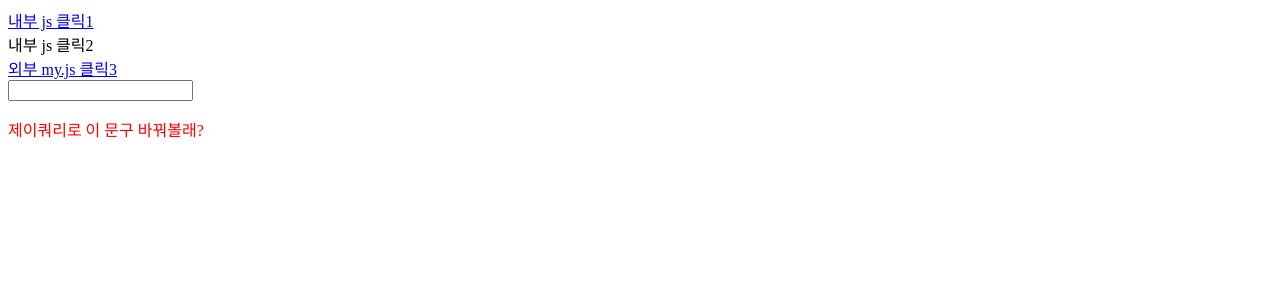
Repository: Won-Hyuk-Lee/kosta_java
Page: http://localhost/web_prj/lec_script.jsp
The author's editor kept a copy of each file at every save. The page is drawn from the files as they stood at one save, then again after the next save.
The browser window is 1280 px wide. The pictures show the whole page.
The page is served by Tomcat 9. Nobody is signed in. The application's start-up code is not run. Other server files are loaded and not shown.

Above is the page before, as saved 2024-05-24 05:18:18.

### web_prj/src/main/webapp/lec_script.jsp
<%@ page language="java" contentType="text/html; charset=UTF-8"
    pageEncoding="UTF-8"%>
<!DOCTYPE html>
<html>

<head>

    <!-- 자바스크립트의 임포트는 다음과 같다 -->
    <script src="js/scripts.js"></script>
    <!-- <script src="webapp/js/scripts.js"></script> 도 가능 -->


    <script src="https://code.jquery.com/jquery-3.7.1.js"></script>

    <!-- my.js 메서드 임포트 -->
    <script src="js/my.js"></script>



    <meta charset="UTF-8">
    <title>Insert title here</title>

  <style>
  p {
    color: red;
  }
  </style>

    <script>

    //public int myprint(int a, int b){sys...}
    function myprint(a,b){ //호출 -> 바디부에서
        alert(a+b);
        console.log(a+b);
    }
    </script>



    <!-- 제이쿼리($) 시작 -->
    <script>
    //$(document).ready(function() { //document.ready는 생략가능

    //});


    $(function() { //document.ready를 이렇게 생략해서 써도 된다.
        $("p").text="이렇게 바꿨어";
    });



    </script>




</head>
<body>

    <!--
    myprint를 호출할때 자바에서는
    lec_script ls = new lec_script();
    ls.myprint(5,3);
     -->

    <!--이렇게 호출해도되고-->
    <a href="#" onClick="myprint(5,3)">내부 js 클릭1</a>


    <!--이렇게 호출해도된다 -->
    <div onClick="myprint(5,3)">내부 js 클릭2</div>


    <!-- my.js의 메서드 -> 그러나 임포트해야지 -->
    <a href="#" onClick="myjsPrint()">외부 my.js 클릭3</a>


    <!-- form태그 요서 제어 -> form태그에 name값이 들어가야 한다. -->
    <form name="loginForm">
        <input type="hidden" name="seq" id="seq">
        <input type="text" name="uname" id="uname">
    </form>




    <p>제이쿼리로 이 문구 바꿔볼래?</p>










</body>
</html>

### web_prj/src/main/webapp/js/scripts.js
/*!
    * Start Bootstrap - SB Admin v7.0.7 (https://startbootstrap.com/template/sb-admin)
    * Copyright 2013-2023 Start Bootstrap
    * Licensed under MIT (https://github.com/StartBootstrap/startbootstrap-sb-admin/blob/master/LICENSE)
    */
    //
// Scripts
//

window.addEventListener('DOMContentLoaded', event => {

    // Toggle the side navigation
    const sidebarToggle = document.body.querySelector('#sidebarToggle');
    if (sidebarToggle) {
        // Uncomment Below to persist sidebar toggle between refreshes
        // if (localStorage.getItem('sb|sidebar-toggle') === 'true') {
        //     document.body.classList.toggle('sb-sidenav-toggled');
        // }
        sidebarToggle.addEventListener('click', event => {
            event.preventDefault();
            document.body.classList.toggle('sb-sidenav-toggled');
            localStorage.setItem('sb|sidebar-toggle', document.body.classList.contains('sb-sidenav-toggled'));
        });
    }

});

### web_prj/src/main/webapp/js/my.js
/**
 *
 */

 function myjsPrint(){
	 console.log("myjsPrint");
 }

Loaded but not shown: web_prj/src/main/webapp/css/styles.css (library)

After the next save:
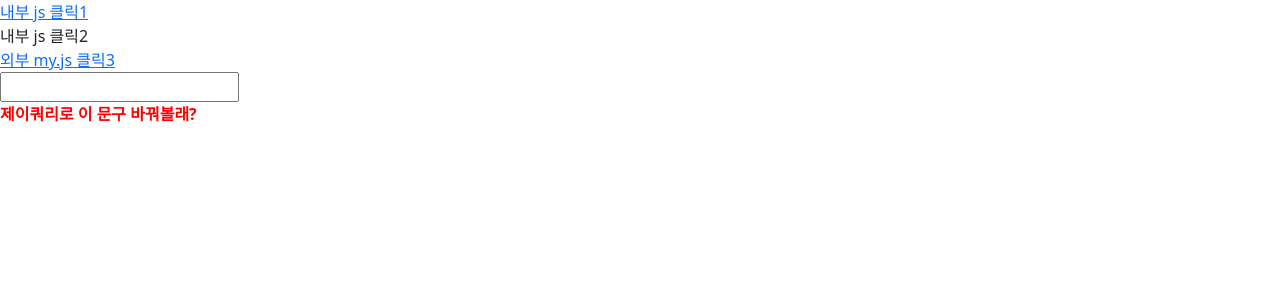
Saved 3 min 56 s later.
--- a/web_prj/src/main/webapp/lec_script.jsp
+++ b/web_prj/src/main/webapp/lec_script.jsp
@@ -23,8 +23,10 @@
   <style>
   p {
     color: red;
+    font-weight:bold;
   }
   </style>
+  <link href="css/styles.css" rel="stylesheet" />
 
     <script>
 
